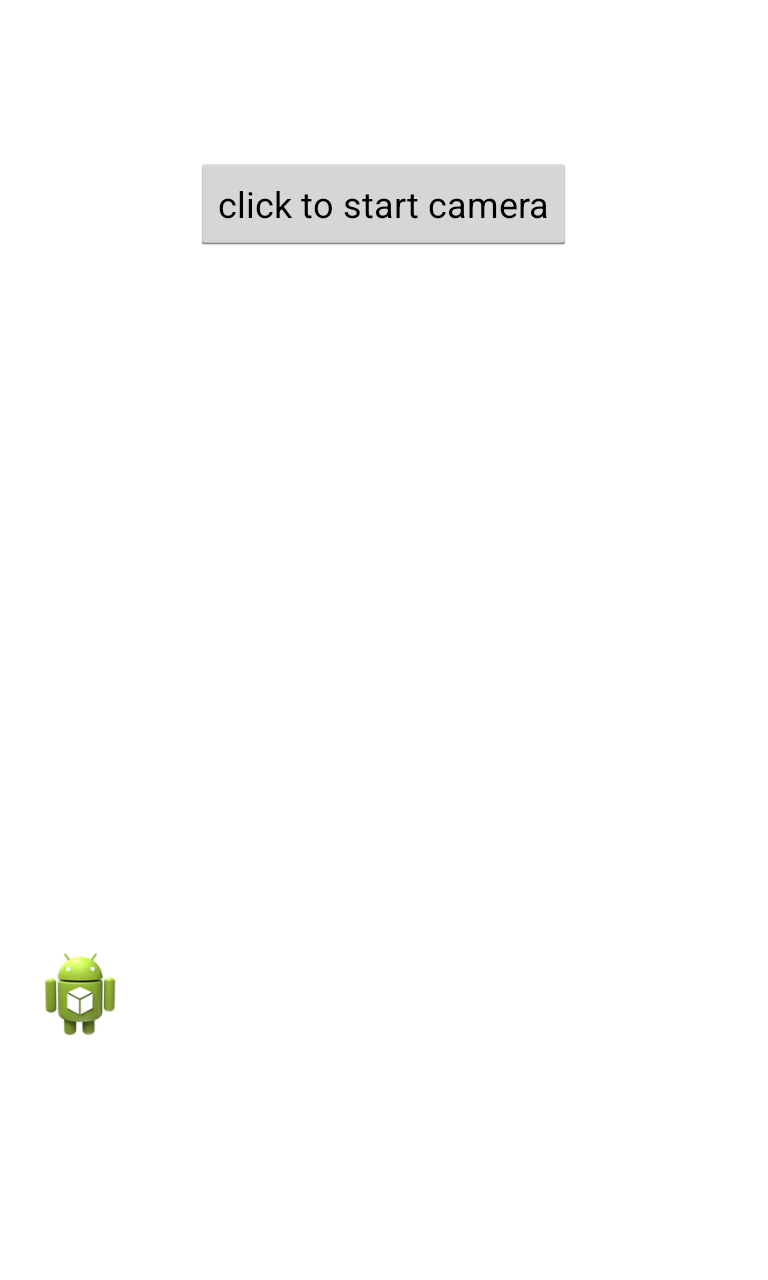
Repository: Shruthi06/designed-droid
Layout: camera_implicit/res/layout/activity_main.xml
These files come from the project's save history. The layout is drawn as it stood at one moment and after the next save; the edit follows.
It is drawn on a 768 x 1280 px phone screen (xhdpi) without system bars, with theme AppTheme; the app's code is not run.

Above is the layout before, as saved 2016-02-09 05:46:22.

### camera_implicit/res/layout/activity_main.xml
<RelativeLayout xmlns:android="http://schemas.android.com/apk/res/android"
    xmlns:tools="http://schemas.android.com/tools"
    android:layout_width="match_parent"
    android:layout_height="match_parent"
    android:paddingBottom="@dimen/activity_vertical_margin"
    android:paddingLeft="@dimen/activity_horizontal_margin"
    android:paddingRight="@dimen/activity_horizontal_margin"
    android:paddingTop="@dimen/activity_vertical_margin"
    tools:context=".MainActivity" >

    <Button
        android:id="@+id/button1"
        android:layout_width="wrap_content"
        android:layout_height="wrap_content"
        android:layout_alignParentTop="true"
        android:layout_centerHorizontal="true"
        android:layout_marginTop="62dp"
        android:text="click to start camera" />

    <ImageView
        android:id="@+id/imageView1"
        android:layout_width="wrap_content"
        android:layout_height="50dp"
        android:layout_alignParentBottom="true"
        android:layout_alignParentLeft="true"
        android:layout_marginBottom="102dp"
        android:src="@drawable/ic_launcher" />

</RelativeLayout>

Loaded but not shown: camera_implicit/res/values/styles.xml (common file); camera_implicit/res/values-v11/styles.xml (common file); camera_implicit/res/values-v14/styles.xml (common file); camera_implicit/res/values/dimens.xml (common file)

After the next save:
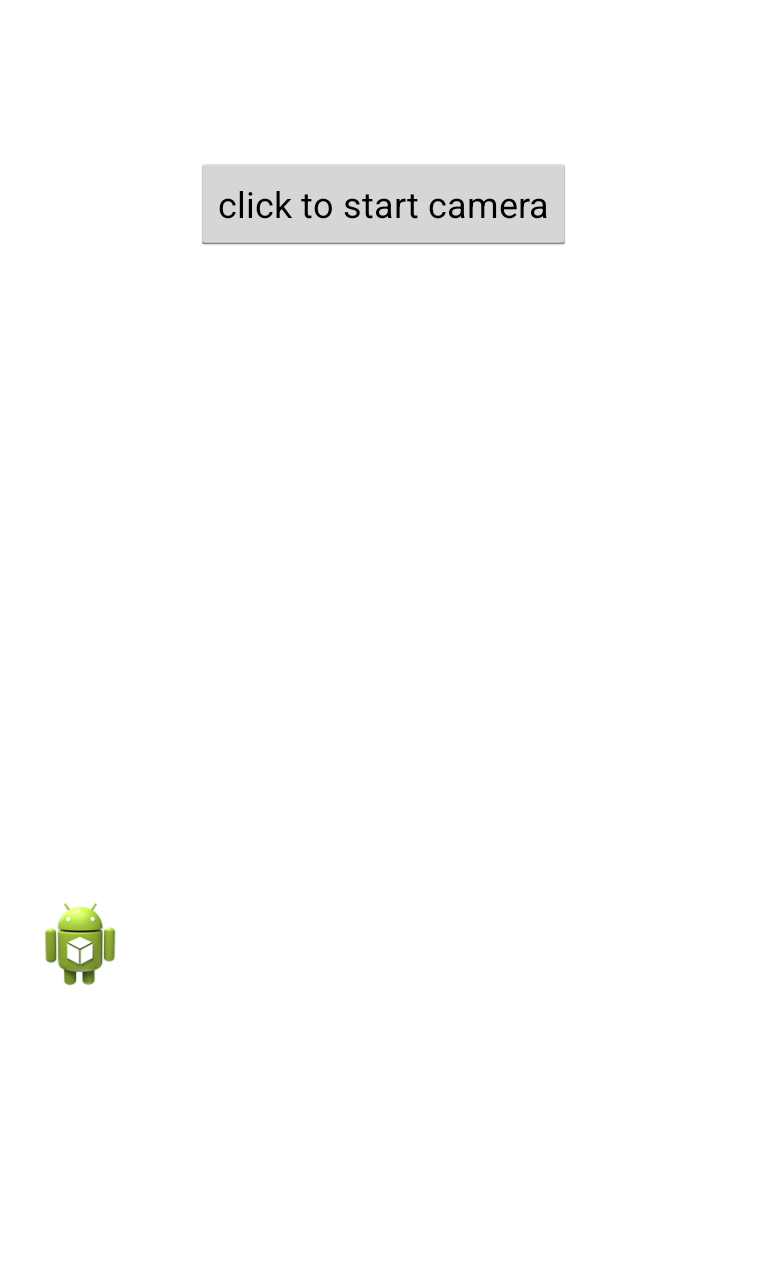
Saved 11 s later.
--- a/camera_implicit/res/layout/activity_main.xml
+++ b/camera_implicit/res/layout/activity_main.xml
@@ -20,7 +20,7 @@
     <ImageView
         android:id="@+id/imageView1"
         android:layout_width="wrap_content"
-        android:layout_height="50dp"
+        android:layout_height="100dp"
         android:layout_alignParentBottom="true"
         android:layout_alignParentLeft="true"
         android:layout_marginBottom="102dp"
